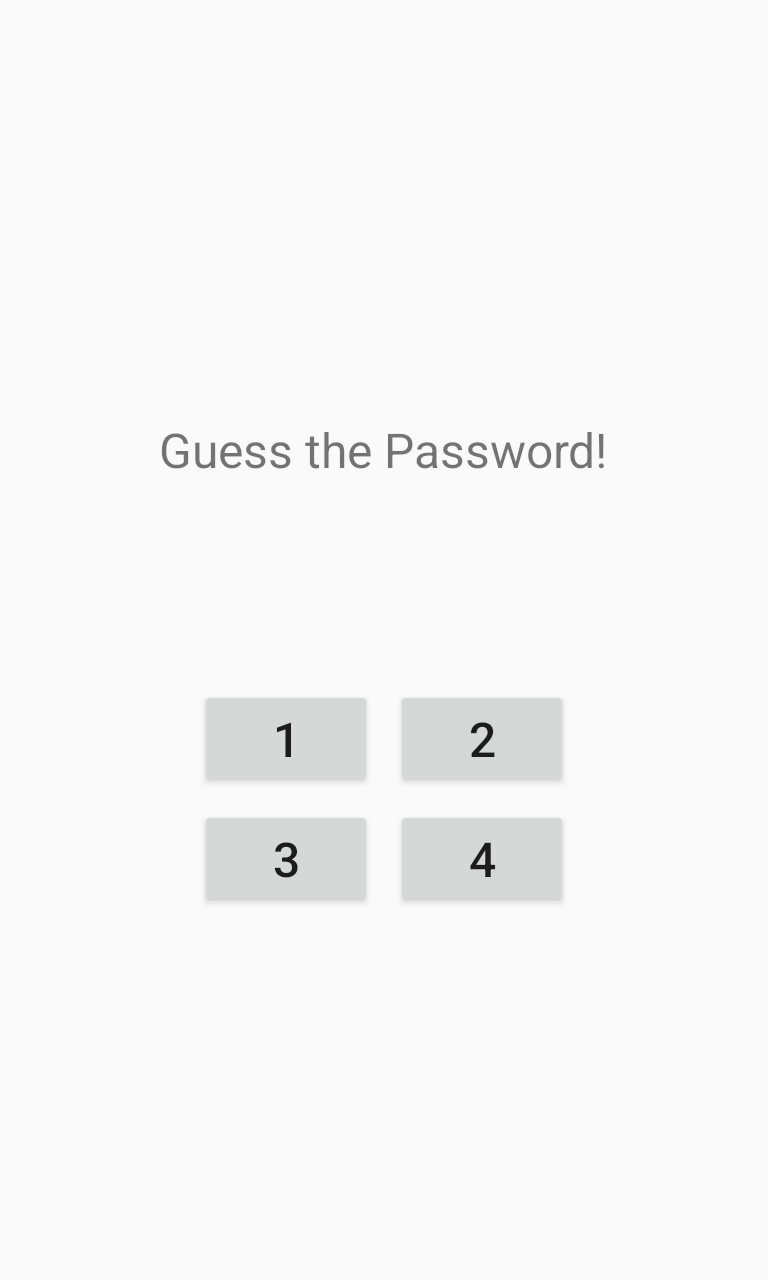
Repository: cryder3/csc303
Layout: Challenge1/res/layout/activity_topsecret.xml
These files come from the project's save history. The layout is drawn as it stood at one moment and after the next save; the edit follows.
It is drawn on a 768 x 1280 px phone screen (xhdpi) without system bars, with theme AppTheme; the app's code is not run.

Above is the layout before, as saved 2014-09-10 16:18:39.

After the next save:
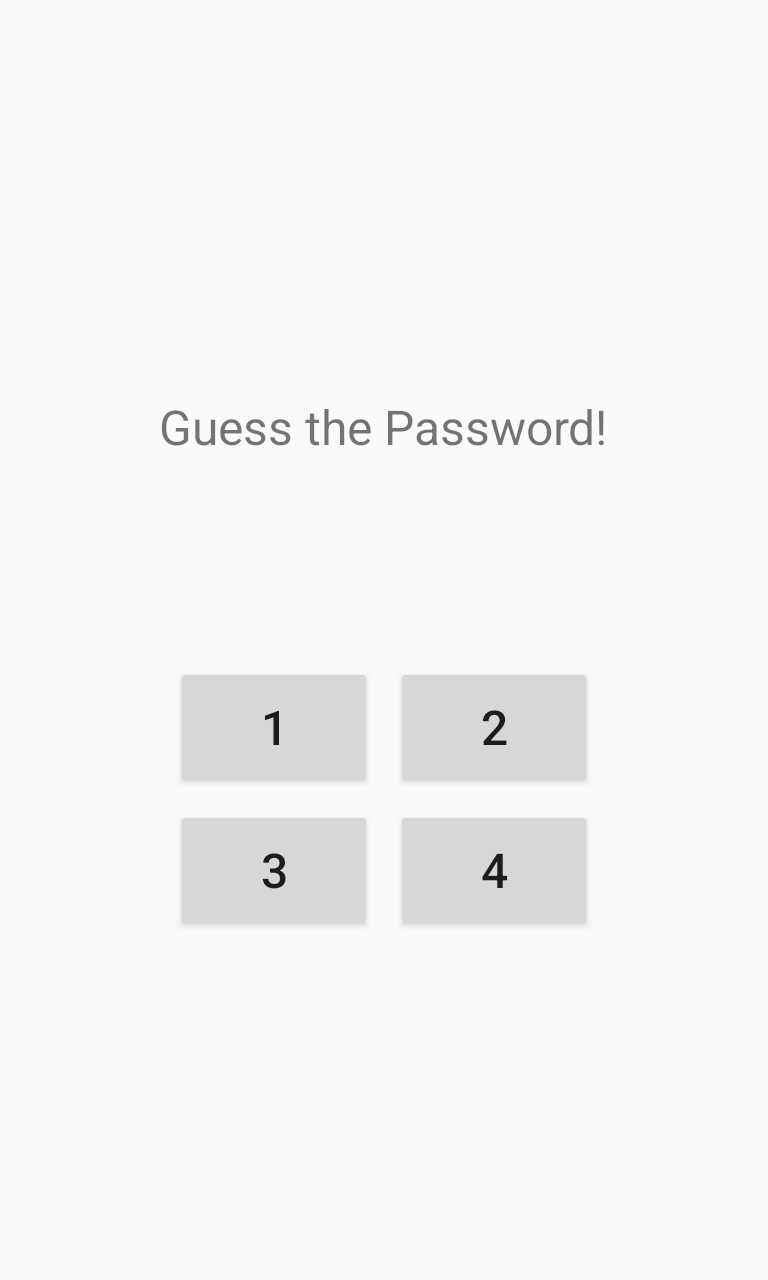
Saved 22 h 15 min later.
--- a/Challenge1/res/layout/activity_topsecret.xml
+++ b/Challenge1/res/layout/activity_topsecret.xml
@@ -34,6 +34,8 @@
             android:layout_height="wrap_content"
             android:layout_marginBottom="5dp"
             android:layout_marginRight="10dp"
+            android:minHeight="64dip"
+            android:minWidth="100dip"
             android:text="@string/one"
             android:textSize="24dp" />
 
@@ -42,6 +44,8 @@
             android:layout_width="wrap_content"
             android:layout_height="wrap_content"
             android:layout_marginBottom="5dp"
+            android:minHeight="64dip"
+            android:minWidth="100dip"
             android:text="@string/two"
             android:textSize="24dp" />
 
@@ -57,6 +61,8 @@
             android:layout_width="wrap_content"
             android:layout_height="wrap_content"
             android:layout_marginRight="10dp"
+            android:minHeight="64dip"
+            android:minWidth="100dip"
             android:text="@string/three"
             android:textSize="24dp" />
 
@@ -64,8 +70,11 @@
             android:id="@+id/button4"
             android:layout_width="wrap_content"
             android:layout_height="wrap_content"
+            android:minHeight="64dip"
+            android:minWidth="100dp"
             android:text="@string/four"
             android:textSize="24dp" />
+
     </LinearLayout>
 
 
